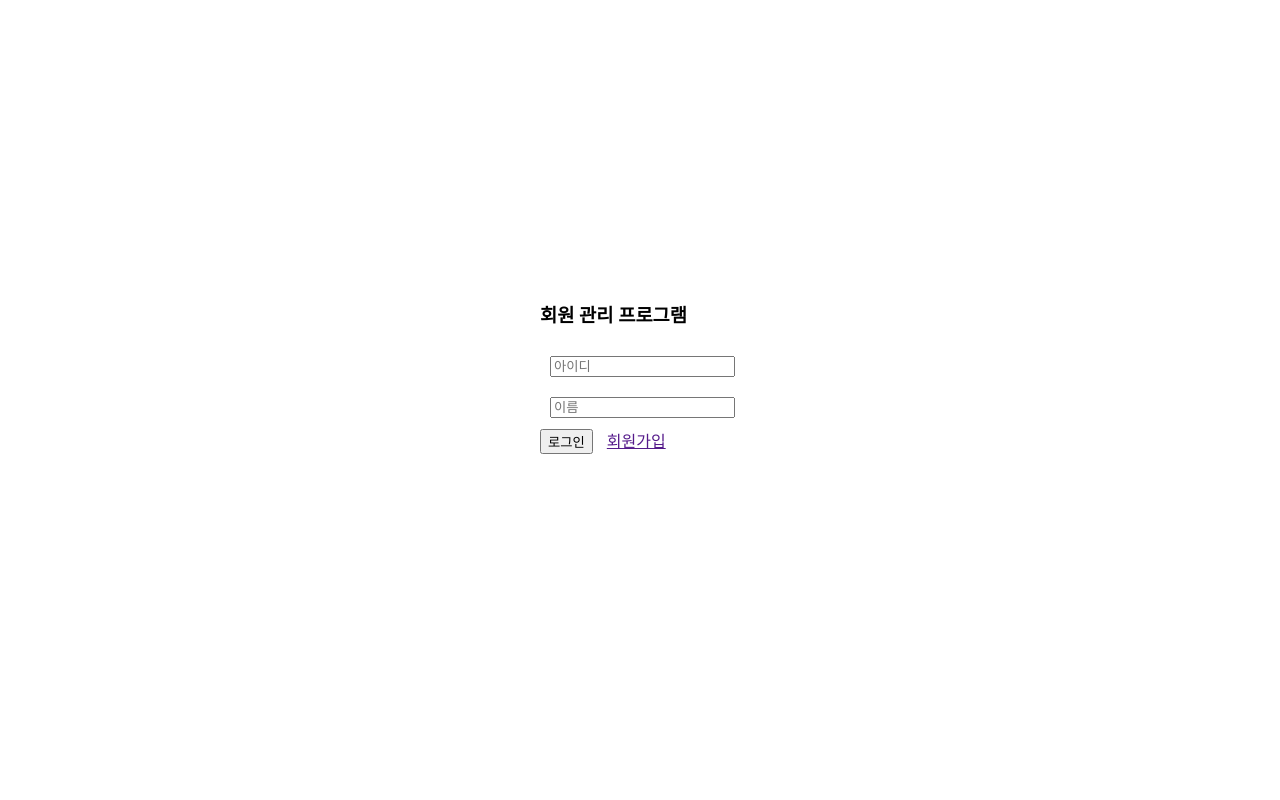
Repository: yangchunsick/JSPstudy
Page: http://localhost/ServerProgram/views/login.jsp
The author's editor kept a copy of each file at every save. The page is drawn from the files as they stood at one save, then again after the next save.
The browser window is 1280 px wide. The pictures show the whole page.
The page is served by Tomcat 9. Other server files are loaded and not shown.

Above is the page before, as saved 2021-11-16 06:43:29.

### worksapce/ServerProgram/WebContent/views/login.jsp
<%@ page language="java" contentType="text/html; charset=UTF-8"
    pageEncoding="UTF-8"%>
<!DOCTYPE html>
<html>
<head>
<meta charset="UTF-8">
<title>Insert title here</title>
<style>
	.wrap{
		width: 200px; height:200px;
		margin: 300px auto;
	}
	.wrap > form > input,a{
		margin: 10px;
	}
</style>
</head>
<body>

	<div class="wrap">
		<form action="" method="post">
		<h3>회원 관리 프로그램</h3>
		<input type="text" value="" placeholder="아이디">
		<br>
		<input type="text" value="" placeholder="이름">
		<div class="btn">
		<input type="submit" value="로그인">
		<a href="">회원가입</a>
		</div>
		</form>

	</div>

</body>
</html>

After the next save:
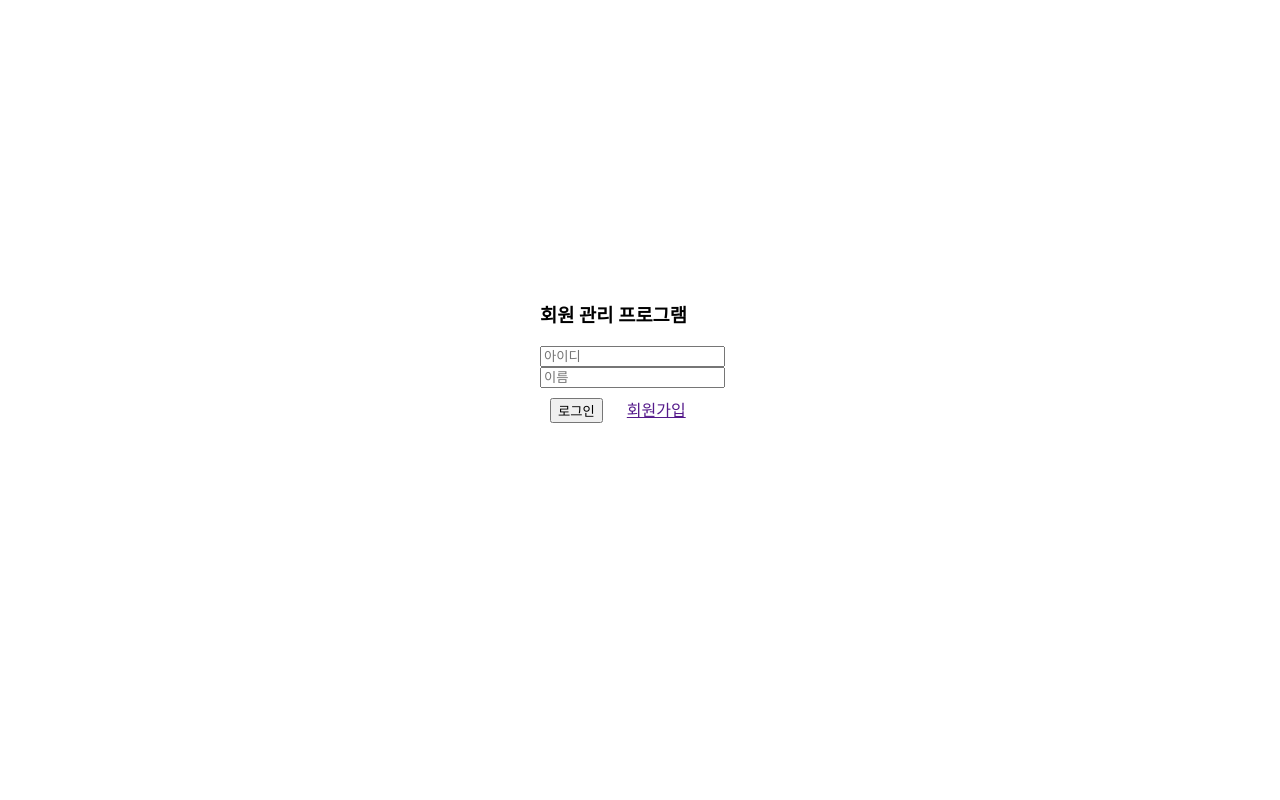
Saved 6 s later.
--- a/worksapce/ServerProgram/WebContent/views/login.jsp
+++ b/worksapce/ServerProgram/WebContent/views/login.jsp
@@ -10,7 +10,7 @@
 		width: 200px; height:200px;
 		margin: 300px auto;
 	}
-	.wrap > form > input,a{
+	.wrap > form > .btn > input,a{
 		margin: 10px;
 	}
 </style>
